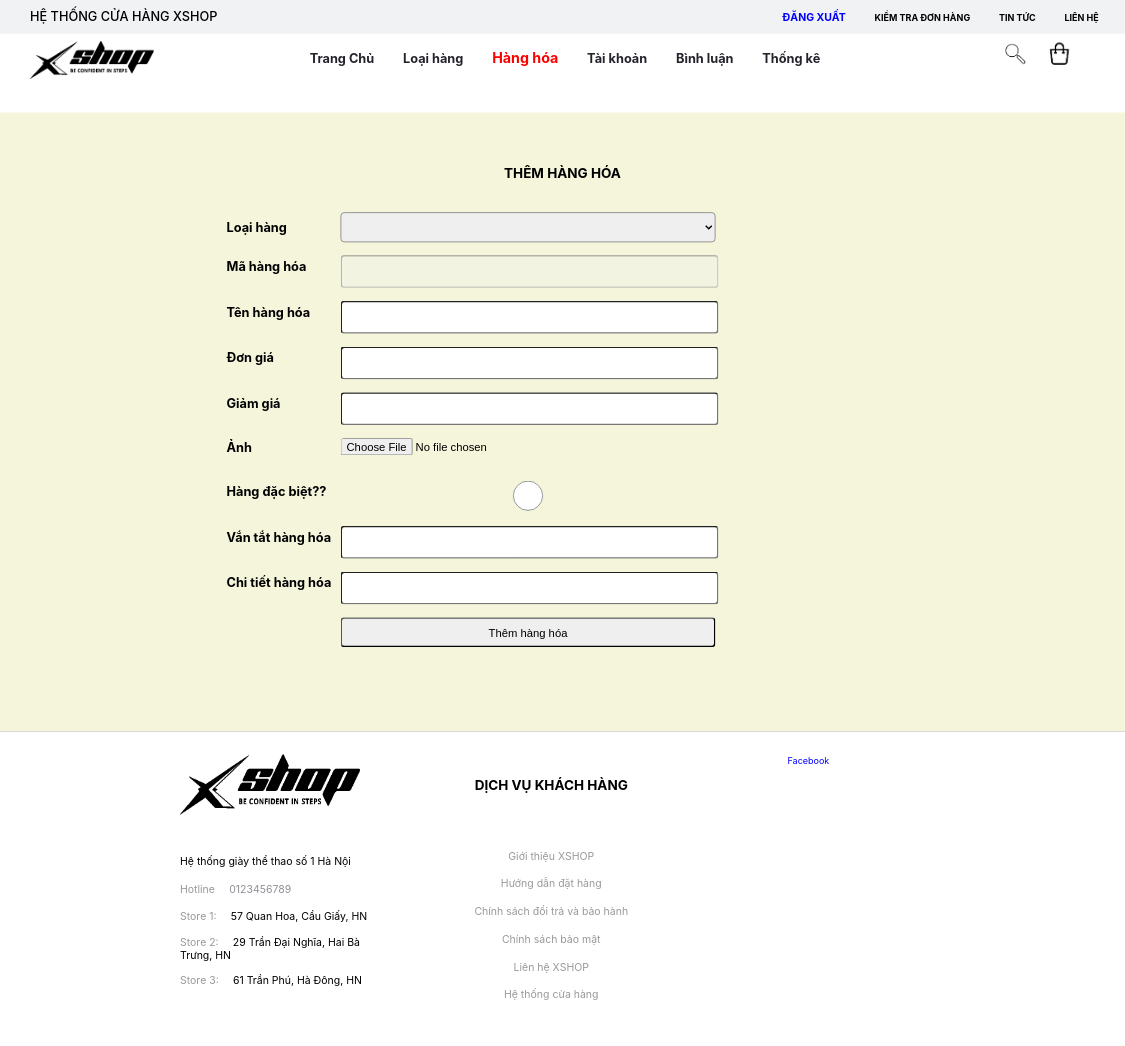
Repository: tienaq123/dam
Page: http://localhost/ass/ad/themsanpham.php
The author's editor kept a copy of each file at every save. The page is drawn from the files as they stood at one save, then again after the next save.
The browser window is 1280 px wide. The page is 1500 px wide, so the pictures cover 1500 px, including what lies to the right of the window. The pictures show the whole page, at 75% of full size.
The page is run by PHP 8.4 with error messages shown; the project is at /var/www/html/. Queries for data that is not in the repository find no rows.

Above is the page before, as saved 2021-10-22 02:16:36.

### ad/themsanpham.php
<?php ob_start(); ?>
<!DOCTYPE html>
<html lang="en">

<head>
    <meta charset="UTF-8">
    <meta http-equiv="X-UA-Compatible" content="IE=edge">
    <meta name="viewport" content="width=device-width, initial-scale=1.0">
    <title>Thêm hàng hóa</title>
    <link rel="stylesheet" href="../css/them.css">
</head>

<body>
    <div id="wapper">

        <div id="topbar">
            <a href="#">
                <h2> HỆ THỐNG CỬA HÀNG XSHOP</h2>
            </a>
            <ul>
                <li><a class="active" style="color:blue; font-size: 14px;" href="../logout.php">ĐĂNG XUẤT</a></li>
                <li><a href="product.php">KIỂM TRA ĐƠN HÀNG</a></li>
                <li><a href="product.php">TIN TỨC</a></li>
                <li><a href="product.php">LIÊN HỆ</a></li>
            </ul>
        </div>
        <header id="header">
            <div id="logo">
                <a href="http://localhost/xshop/"> <img src="../img/logo.png" alt="Logo"></a>
            </div>
            <div class="menu">
                <ul>
                    <li><a href="../home.php">Trang Chủ</a></li>
                    <li><a href="quantridanhmuc.php">Loại hàng</a></li>
                    <li><a href="quantrisanpham.php" style="color: red; font-size: 19px;">Hàng hóa</a></li>
                    <li><a href="quantritaikhoan.php">Tài khoản</a></li>
                    <li><a href="quantritaikhoan.php">Bình luận</a></li>
                    <li><a href="quantritaikhoan.php">Thống kê</a></li>
                    <div id="nav">
                        <a href="product.php"> <img src="../img/search.png" alt=""></a>
                        <a href="product.php"><img src="../img/giohang.png" alt=""></a>
                    </div>
                </ul>

            </div>

        </header>

        <!-- END HEADER -->

        <main>
            <h2 style="text-align: center; margin: 20px 0px 40px 0px;">THÊM HÀNG HÓA</h2>
            <form action="" method="POST" enctype="multipart/form-data">

                <table>
                    <tr>
                        <td class="left">Loại hàng</td>
                        <td class="right"><select style="width: 500px; height: 40px; border-radius: 5px;" name="danhmuc">
                                <?php
                                include '../db.php';
                                $sqldmuc = "select * from danhmuc";
                                $kqdm = $conn->query($sqldmuc);
                                foreach ($kqdm as $key => $rows) {
                                ?>
                                    <option value="<?php echo $rows['id_danhmuc'] ?>"><?php echo $rows['tendanhmuc'] ?>
                                    </option>
                                <?php
                                }
                                ?>
                            </select> <br></td>
                    </tr>

                    <tr>
                        <td class="left">Mã hàng hóa</td>
                        <td class="right"><input type="text" name="ma_hh" disabled> <br></td>
                    </tr>

                    <tr>
                        <td class="left">Tên hàng hóa</td>
                        <td class="right"><input type="text" name="tensp"> <br></td>
                    </tr>

                    <tr>
                        <td class="left">Đơn giá</td>
                        <td class="right"><input type="text" name="don_gia"> <br></td>
                    </tr>

                    <tr>
                        <td class="left">Giảm giá</td>
                        <td class="right"><input type="text" name="giam_gia"> <br></td>
                    </tr>
                    <tr>
                        <td class="left">Ảnh</td>
                        <td class="right"><input type="file" name="hinh"><br></td>
                    </tr>

                    <tr>
                        <td class="left">Hàng đặc biệt??</td>
                        <td class="right"><input type="radio" name="dac_biet"> <br></td>
                    </tr>

                    <tr>
                        <td class="left">Vắn tắt hàng hóa</td>
                        <td class="right"><input type="text" name="vantatsp"> <br></td>
                    </tr>

                    <tr>
                        <td class="left">Chi tiết hàng hóa</td>
                        <td class="right"><input type="text" name="chitietsp"> <br></td>
                    </tr>

                    <tr>
                        <td></td>
                        <td class="right"><input type="submit" value="Thêm hàng hóa" name="btn"></td>
                    </tr>
                </table>

            </form>
            <?php
            if (isset($_POST['btn'])) {
                $tensp = $_POST['tensp'];
                $giacu = $_POST['giacu'];
                $giamoi = $_POST['giamoi'];
                $vantatsp = $_POST['vantatsp'];
                $chitietsp = $_POST['chitietsp'];
                $danhmuc = $_POST['danhmuc'];

                $tenanh = $_FILES['anhsp']['name'];
                $duongdananh = $_FILES['anhsp']['tmp_name'];
                move_uploaded_file($duongdananh, '../images/' . $tenanh);

                $sql = "insert into sanpham values(null, '$tensp', '$tenanh', '$giacu', '$giamoi', '$vantatsp', '$chitietsp', '$danhmuc')";
                $kq = $conn->prepare($sql);
                if ($kq->execute()) {
                    header("location:quantrisanpham.php");
                } else {
                    echo "Không thêm được";
                }
            }
            ?>
        </main>

        <footer id="footer">
            <div id="logo_footer">
                <a href="#"><img src="../img/logo.png" alt=""></a>
                <p>Hệ thống giày thể thao số 1 Hà Nội</p>
                <p class="hotline"><span>Hotline</span> <a href="#">0123456789</a></p>
                <p><span>Store 1:</span> 57 Quan Hoa, Cầu Giấy, HN <br> <br> <span>Store 2:</span> 29 Trần Đại Nghĩa,
                    Hai Bà Trưng, HN <br> <br><span>Store 3:</span> 61
                    Trần Phú, Hà Đông, HN <br> <br> </p>
            </div>
            <div id="dichvu">
                <h2>DỊCH VỤ KHÁCH HÀNG</h2>
                <p><a href="#">Giới thiệu XSHOP</a> <br> </p>
                <p><a href="#">Hướng dẫn đặt hàng</a> <br> </p>
                <p><a href="#">Chính sách đổi trả và bảo hành</a> <br> </p>
                <p><a href="#">Chính sách bảo mật</a> <br> </p>
                <p><a href="#">Liên hệ XSHOP</a> <br> </p>
                <p><a href="#">Hệ thống cửa hàng</a></p>
            </div>

            <div id="facebook">
                <div id="fb-root"></div>
                <script async defer crossorigin="anonymous" src="https://connect.facebook.net/vi_VN/sdk.js#xfbml=1&version=v10.0&appId=256623368880552&autoLogAppEvents=1" nonce="aj8H3wq8"></script>
                <div class="fb-page" data-href="https://www.facebook.com/facebook" data-tabs="timeline" data-width="250" data-height="300" data-small-header="false" data-adapt-container-width="true" data-hide-cover="false" data-show-facepile="true">
                    <blockquote cite="https://www.facebook.com/facebook" class="fb-xfbml-parse-ignore"><a href="https://www.facebook.com/facebook">Facebook</a></blockquote>
                </div>
            </div>
        </footer>
    </div>
</body>

</html>

### db.php
<?php
    try {
        $conn=new PDO("mysql:host=localhost; dbname=dam;charset=utf8", "root", "");
    } catch (PDOException $e) {
        echo "Lỗi kết nối";
    }

### css/them.css
img {
    width: 200px;
}

* {
    margin: 0;
    padding: 0;
}

body {
    font-family: -apple-system, BlinkMacSystemFont, 'Segoe UI', Roboto, Oxygen, Ubuntu, Cantarell, 'Open Sans', 'Helvetica Neue', sans-serif;
    font-size: 12px;
}

a {
    text-decoration: none;
    color: blue;
    list-style: none;
}



img {
    border: 0px;
}

header,
nav,
section,
aside,
article,
footer,
table,
figure {
    display: block;
}

/* code page */

#wapper {
    width: 1500px;
    margin: auto;
    ;
    overflow: hidden;
}

#topbar {
    width: 1500px;
    height: 45px;
    background-color: #f1f2f4;
    float: left;
}

#topbar h2 {
    font-size: 17px;
    font-weight: 500;
    line-height: 45px;
    margin-left: 40px;
    color: #000;
    float: left;
}

#topbar ul {
    float: right;
}

#topbar ul li {
    display: inline-block;
    line-height: 45px;
    margin-right: 35px;
}

#topbar ul li a {
    color: #000;
    font-weight: bolder;
}

#topbar ul li a:hover {
    color: #775454;
}

#topbar ul li .active {
    color: cornflowerblue;
    font-size: 14px;
}

#header {
    width: 100%;
    height: 100px;
    background-color: #ffffff;
    padding: 10px 0 40px 0;
}

#header #logo img {
    float: left;
    width: 165px;
    height: 50px;
    color: #000;
    margin: 10px 0 0 40px;
}

#header .menu ul {
    text-align: center;
    margin-right: 50px;
    line-height: 66px;
}

#header .menu ul li {
    display: inline-block;
    margin-right: 35px;
}

#header .menu ul li a {
    font-size: 17px;
    font-weight: bold;
    color: #23232c;
}

#header .menu ul li a:hover {
    color: red;
}

#nav {
    float: right;
    line-height: 80px;
}

#nav img {
    width: 35px;
    height: 35px;
    margin-right: 20px;
}

main {
    background-color: beige;
    padding: 50px 0px 100px 0px;
}

main table {
    margin: 10px 0px 10px 300px;
}

main table .left {
    width: 150px;
    height: 30px;
    font-size: 17px;
    font-weight: bold;
    margin-top: 15px;
}

main table input {
    width: 500px;
    height: 40px;
    border-radius: 5px;
    margin-top: 15px;
    font-size: 15px;
}

main table tr {
    padding-top: 50px;
    border: 1px solid black;
}

/* END MAIN */

#footer {
    width: 1500px;
    border-top: 1px solid #ccc;
    display: grid;
    grid-template-columns: 1fr 1fr 1fr;
}

#footer #logo_footer {
    float: left;
}

#footer #logo_footer img {
    width: 240px;
    height: 80px;
    margin: 30px 0 30px 240px;
}

#footer #logo_footer a {
    color: #909097;
}

#footer #logo_footer span {
    color: #999999;
    margin-right: 15px;
}

#footer #logo_footer p {
    font-size: 14px;
    margin: 20px 0 20px 240px;
}

#footer #dichvu {
    text-align: center;
    margin: 60px 30px 40px 0;
}

#footer #dichvu h2 {
    margin-bottom: 75px;
}

#footer #dichvu p {
    margin-bottom: 20px;
}

#footer #dichvu p a {
    font-size: 14px;
    color: #999999;
}

#footer #facebook {
    margin: 30px 0 0 50px;
}

After the next save:
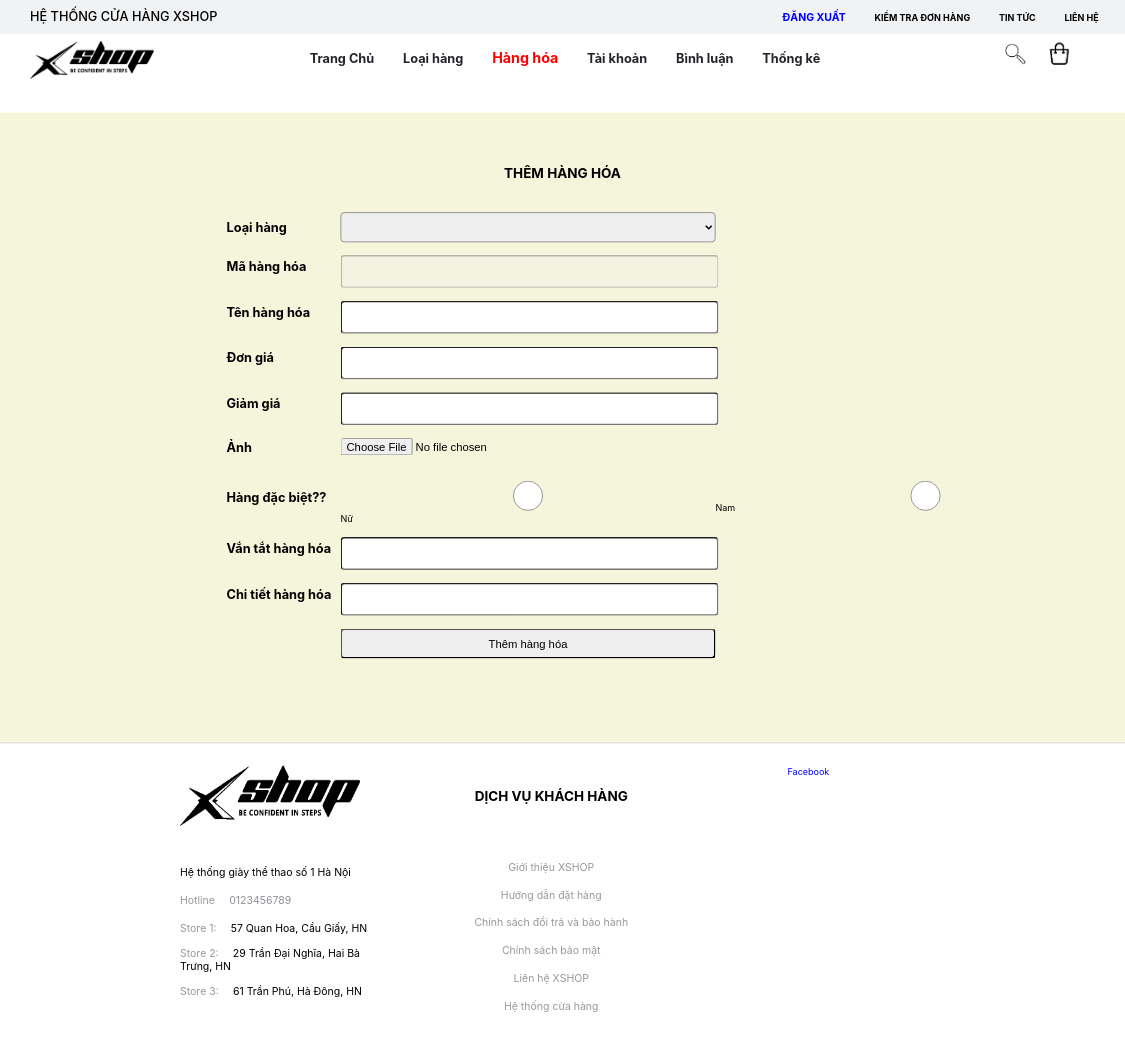
Saved 57 s later.
--- a/ad/themsanpham.php
+++ b/ad/themsanpham.php
@@ -96,7 +96,9 @@
 
                     <tr>
                         <td class="left">Hàng đặc biệt??</td>
-                        <td class="right"><input type="radio" name="dac_biet"> <br></td>
+                        <td class="right"><input name="dac_biet" type="radio" value="Nam" />Nam
+                                          <input name="dac_biet" type="radio" value="Nữ" />Nữ <br>
+                        </td>
                     </tr>
 
                     <tr>
